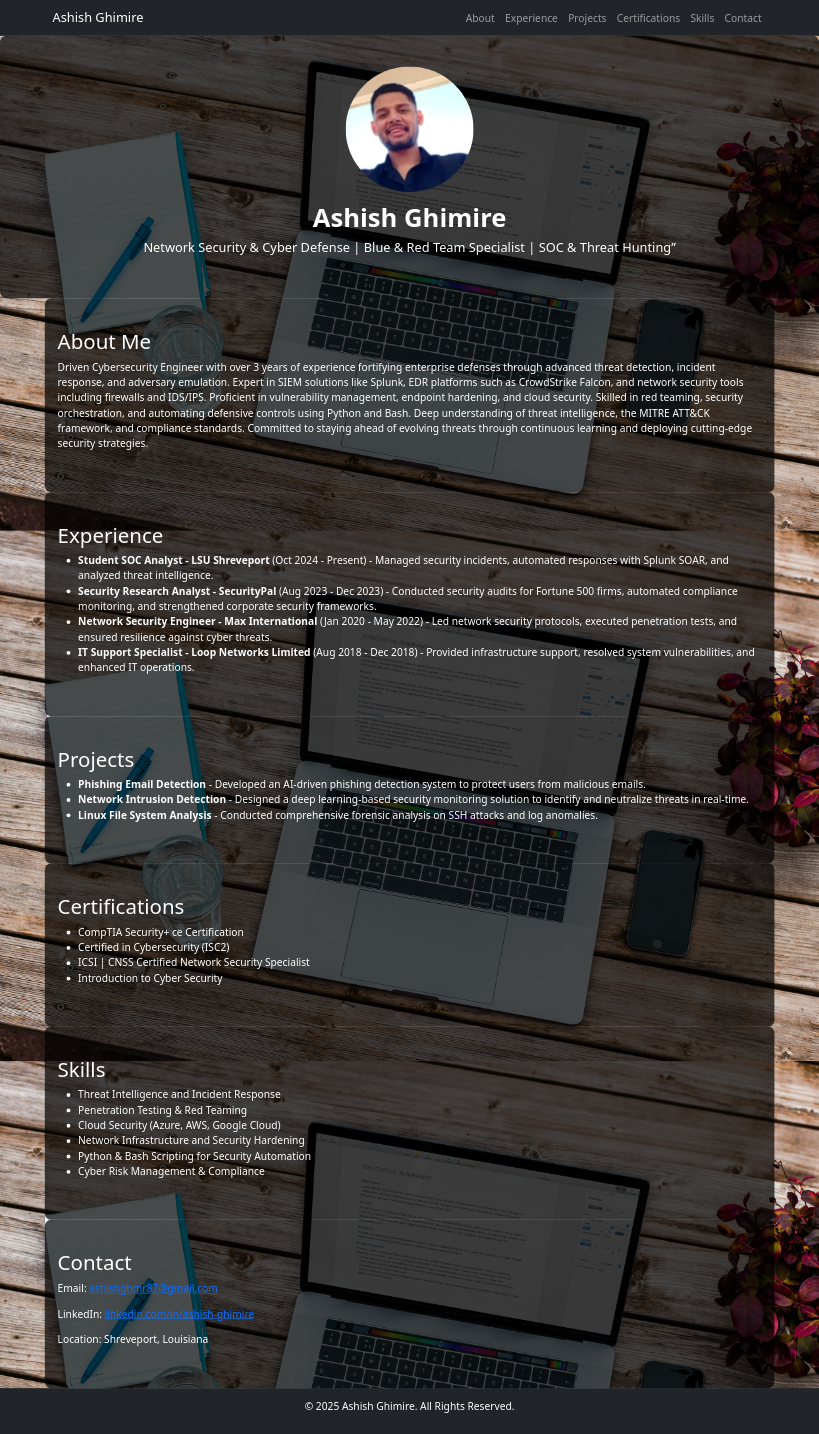
Repository: NetworkNinja11/ashishghimire.github.io
Page: index.html
These files come from the project's save history. The page is drawn as it stood at one moment and after the next save; the edit follows.
The browser window is 1280 px wide. The pictures show the whole page, at 64% of full size.
Backgrounds fixed to the window are drawn as part of the page.

Above is the page before, as saved 2025-03-11 00:51:27.
Not found: styles.css

After the next save:
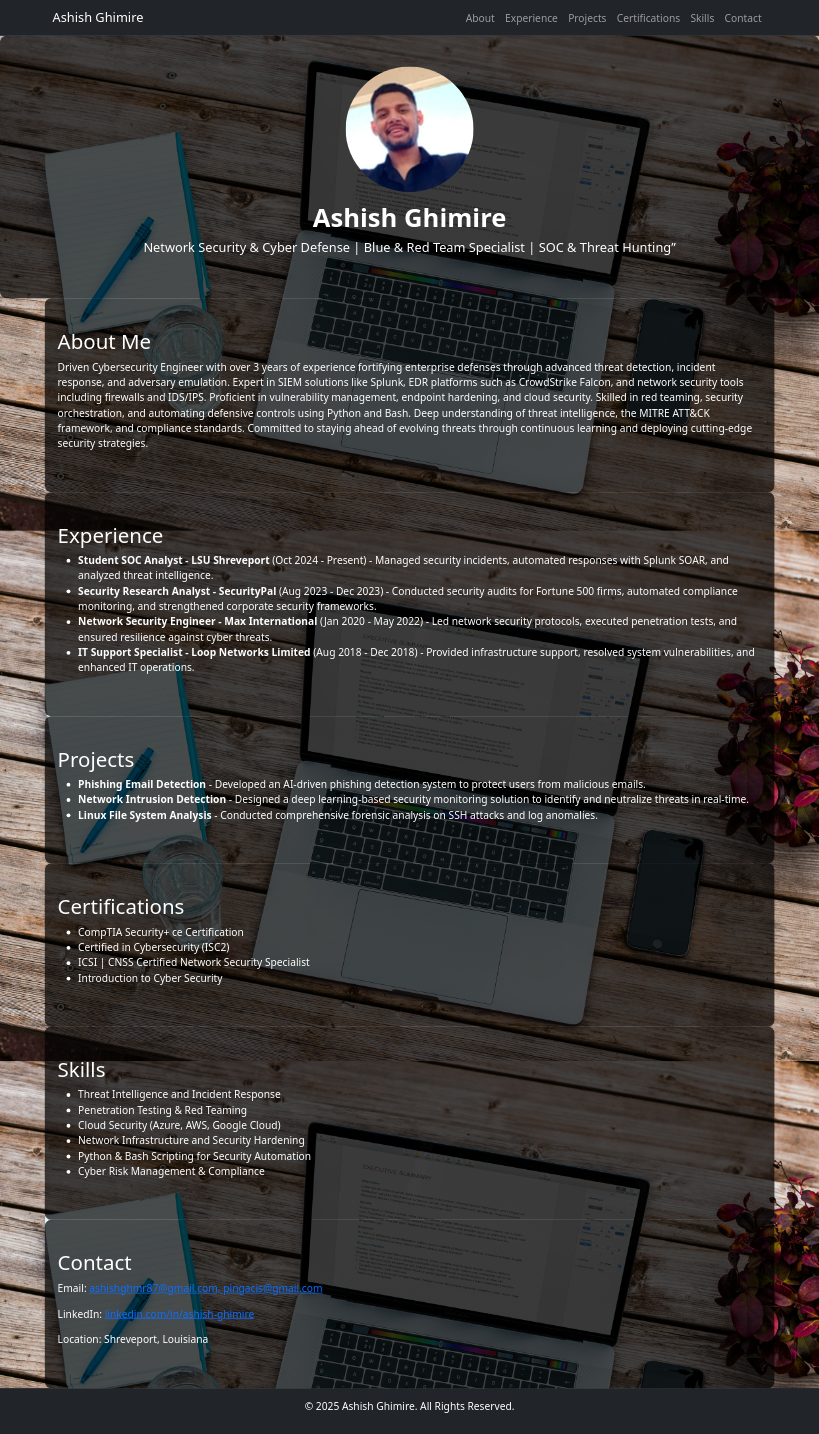
Saved 3 min 40 s later.
--- a/index.html
+++ b/index.html
@@ -95,7 +95,7 @@
 
     <section id="contact" class="container py-5 content-section">
         <h2>Contact</h2>
-        <p>Email: <a href="mailto:ashishghmr87@gmail.com">ashishghmr87@gmail.com</a></p>
+        <p>Email: <a href="mailto:ashishghmr87@gmail.com">ashishghmr87@gmail.com, pingacis@gmail.com</a></p>
         <p>LinkedIn: <a href="https://www.linkedin.com/in/ashish-ghimire-96755b179/" target="_blank">linkedin.com/in/ashish-ghimire</a></p>
         <p>Location: Shreveport, Louisiana</p>
     </section>
